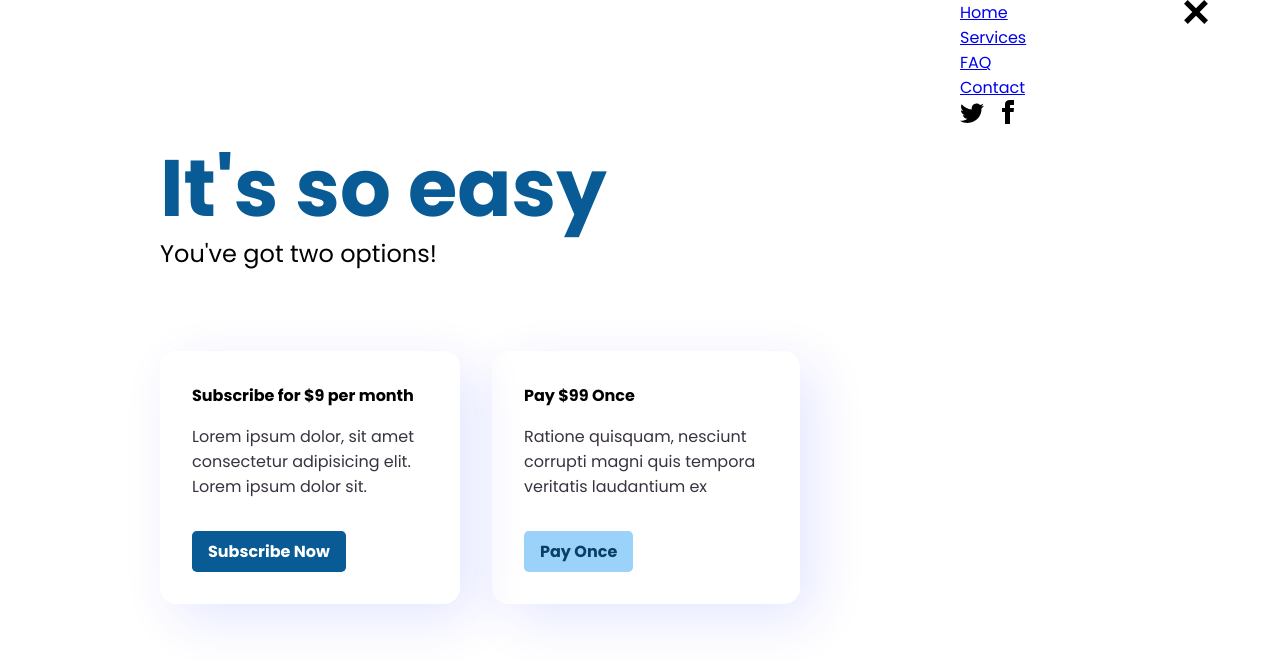
Repository: Hyperion72R/Animated-Navigation
Page: index.html
An editor plug-in stored every save of this project. The page is shown before and after the next save, followed by the edit.
The browser window is 1280 px wide. The pictures show the whole page.
The style sheet was rebuilt from its Sass, Less or Tailwind sources for each picture, by a compiler version that may differ from the author's.

Above is the page before, as saved 2021-08-29 01:18:57.

### index.html
<!DOCTYPE html>
<html lang="en">
  <head>
    <meta charset="UTF-8" />
    <meta http-equiv="X-UA-Compatible" content="IE=edge" />
    <meta name="viewport" content="width=device-width, initial-scale=1.0" />
    <title>Document</title>
    <link rel="stylesheet" href="css/main.css" />
  </head>
  <body>
    <header>
      <a href="#" class="logo">awesomeservice</a>

      <nav>
        <ul>
          <li><a href="#">Home</a></li>
          <li><a href="#">Services</a></li>
          <li><a href="#">FAQ</a></li>
          <li class="active"><a href="#">Become a member</a></li>
        </ul>
      </nav>
    </header>

    <section>
      <h1>Go Big or Go Home</h1>
    </section>

    <div class="overlay">
      <div class="left">
        <h2>It's so easy</h2>
        <p class="subhead">You've got two options!</p>

        <div class="cards">
          <div class="card">
            <strong>Subscribe for $9 per month</strong>
            <p>
              Lorem ipsum dolor, sit amet consectetur adipisicing elit. Lorem
              ipsum dolor sit.
            </p>
            <a href="#" class="cta">Subscribe Now</a>
          </div>

          <div class="card">
            <strong>Pay $99 Once</strong>
            <p>
              Ratione quisquam, nesciunt corrupti magni quis tempora veritatis
              laudantium ex
            </p>
            <a href="#" class="cta pay-once">Pay Once</a>
          </div>
        </div>
      </div>

      <div class="middle">
        <ul class="secondary">
          <li><a href="#">Home</a></li>
          <li><a href="#">Services</a></li>
          <li><a href="#">FAQ</a></li>
          <li><a href="#">Contact</a></li>
        </ul>

        <div class="social-nav">
          <a href="" class="twitter"
            ><svg
              xmlns="http://www.w3.org/2000/svg"
              width="32"
              height="32"
              viewBox="0 -1.15 32 32"
            >
              <path
                d="M24 4.557c-.883.392-1.832.656-2.828.775 1.017-.609 1.798-1.574 2.165-2.724-.951.564-2.005.974-3.127 1.195-.897-.957-2.178-1.555-3.594-1.555-3.179 0-5.515 2.966-4.797 6.045-4.091-.205-7.719-2.165-10.148-5.144-1.29 2.213-.669 5.108 1.523 6.574-.806-.026-1.566-.247-2.229-.616-.054 2.281 1.581 4.415 3.949 4.89-.693.188-1.452.232-2.224.084.626 1.956 2.444 3.379 4.6 3.419-2.07 1.623-4.678 2.348-7.29 2.04 2.179 1.397 4.768 2.212 7.548 2.212 9.142 0 14.307-7.721 13.995-14.646.962-.695 1.797-1.562 2.457-2.549z"
              /></svg
          ></a>
          <a href="" class="facebook"
            ><svg
              xmlns="http://www.w3.org/2000/svg"
              width="32"
              height="32"
              viewBox="0 0 32 32"
            >
              <path
                d="M9 8h-3v4h3v12h5v-12h3.642l.358-4h-4v-1.667c0-.955.192-1.333 1.115-1.333h2.885v-5h-3.808c-3.596 0-5.192 1.583-5.192 4.615v3.385z"
              /></svg
          ></a>
        </div>
      </div>

      <div class="right">
        <svg
          class="exit"
          xmlns="http://www.w3.org/2000/svg"
          width="58"
          height="58"
          viewBox="0 0 58 58"
        >
          <path
            d="M24 20.188l-8.315-8.209 8.2-8.282-3.697-3.697-8.212 8.318-8.31-8.203-3.666 3.666 8.321 8.24-8.206 8.313 3.666 3.666 8.237-8.318 8.285 8.203z"
          />
        </svg>
      </div>
    </div>
  </body>
</html>

### css/main.scss
@import url("https://fonts.googleapis.com/css2?family=Poppins:ital,wght@0,400;0,500;0,600;0,700;0,800;0,900;1,400;1,500;1,600;1,700;1,800;1,900&display=swap");

*,
*:before,
*::after {
  box-sizing: border-box;
}

body::after {
  content: "";
  display: block;
  width: 100%;
  //   height: 108%;
  height: 100%;
  //   background-color: rgba(51, 51, 51, 0.5);
  background: rgba(38, 73, 91, 0.8);

  position: absolute;
  top: 0;
  left: 0;
  right: 0;
  bottom: 0;
  z-index: -10;
}

body {
  height: 100vh;
  //   background: #8000ff url("../assets/images/bg.jpg");
  //   background: linear-gradient(rgba(4, 230, 168, 0.8), rgba(44, 189, 230, 0.8)),
  //     url("../assets/images/bg.jpg");
  background: url("../assets/images/bg.jpg");
  //   object-fit: scale-down;
  background-size: cover;
  color: white;
  font-family: "Poppins";
  margin: 0;
  //   background-position: center;
  //   padding: 0;
  //   overflow: hidden;
  background-repeat: no-repeat;
}

ul {
  list-style-type: none;
  margin: 0;
  padding: 0;
}

section,
header {
  width: 70%;
  margin: 0 auto;
}

// .social-nav,
// .right {
//   display: none;
// }

header {
  display: flex;
  justify-content: space-between;
  align-items: center;

  a {
    color: white;
    text-decoration: none;
    padding: 2em;
  }

  a.logo {
    font-weight: bold;
    font-size: 1.25rem;
    padding: 0;
  }

  nav ul {
    display: flex;

    a {
      padding: 2.5em 1.5em;
      display: block;
    }

    li.active a {
      font-weight: bold;
      background: white;
      color: black;
      margin-left: 2em;
      padding: 2.5em;
    }
  }
}

h1 {
  font-size: 4rem;
  width: 40%;
  line-height: 5rem;
  // margin-left: 1.2em;
  margin-left: 2em;
  margin-top: 2.8em;
  // margin-top: 1.4em;
}

//  Overlay

.overlay {
  position: fixed;
  height: 100vh;
  background: white;
  top: 0;
  left: 0;
  width: 100%;
  display: grid;
  grid-template-columns: 75% auto 6em;
}

.left,
.right,
.middle {
  height: 100vh;
}

h2 {
  color: #085b95;
  font-size: 5rem;
  margin: 0;
}

.left {
  padding: 8em 10em;

  p.subhead {
    color: black;
    font-size: 1.5rem;
    margin-top: -0.5em;
  }
}

.cards {
  display: flex;
  margin-top: 5em;

  .card {
    padding: 2em;
    box-shadow: 15px 15px 53px rgba(0, 38, 255, 0.11);
    border-radius: 1em;
    // margin-right: 2em;

    strong {
      color: black;
    }

    p {
      color: #393241;
    }

    &:nth-of-type(2) {
      margin-left: 2em;
    }

    .cta {
      padding: 0.5em 1em;
      border-radius: 0.3em;
      text-decoration: none;
      background: #085b95;
      margin-top: 1em;
      display: inline-block;
      color: white;
      font-weight: bold;
    }

    .pay-once {
      background: scale-color(#085b95, $lightness: 70%);
      color: scale-color(#085b95, $lightness: -30%);
    }
  }
}

After the next save:
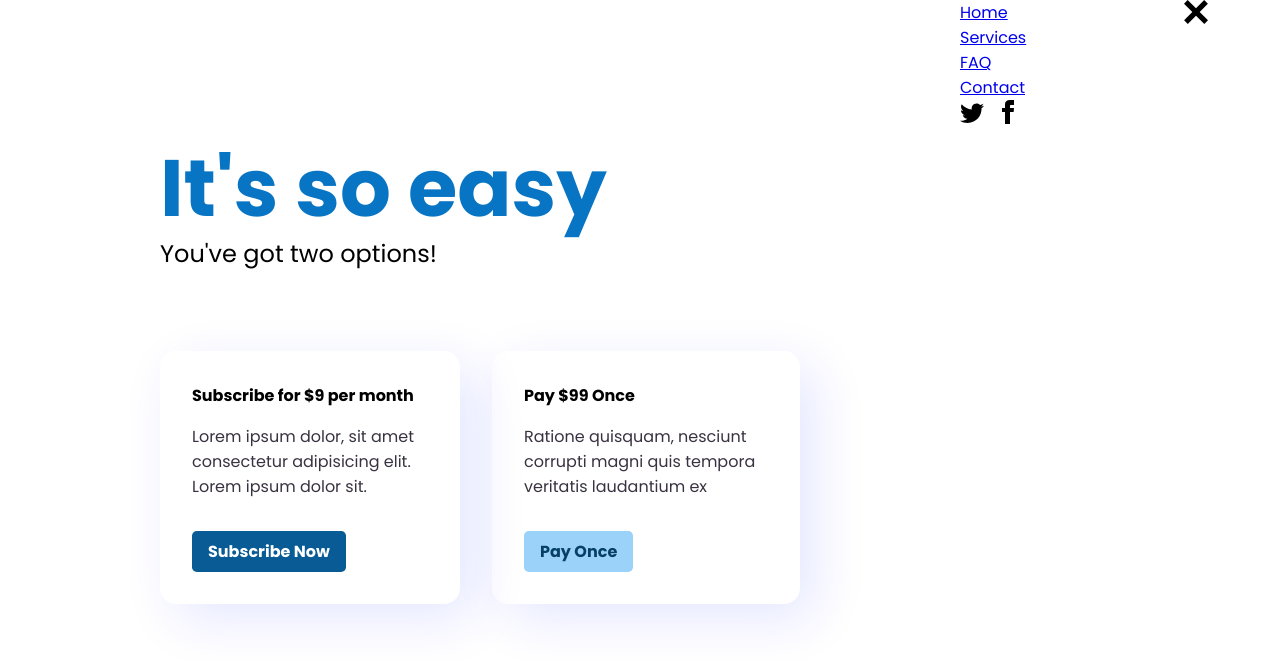
Saved 4 days later.
--- a/css/main.scss
+++ b/css/main.scss
@@ -122,7 +122,7 @@
 }
 
 h2 {
-  color: #085b95;
+  color: #0875c4;
   font-size: 5rem;
   margin: 0;
 }

After the save that followed:
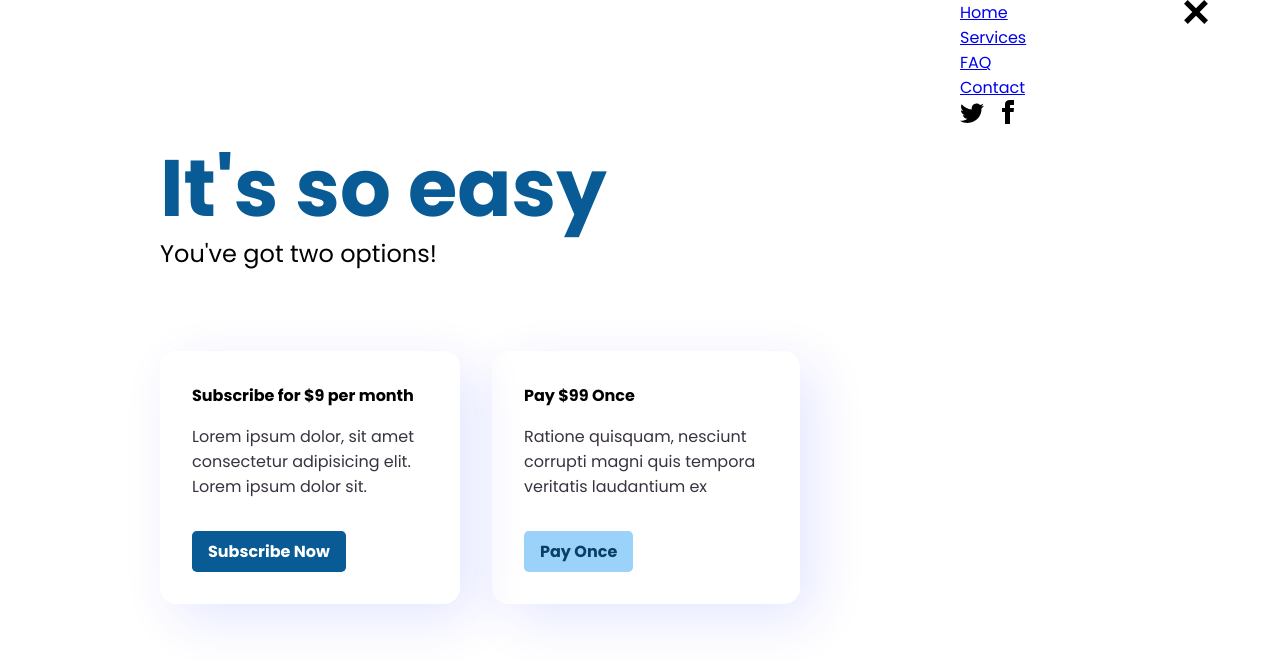
Saved 10 s later.
--- a/css/main.scss
+++ b/css/main.scss
@@ -122,7 +122,7 @@
 }
 
 h2 {
-  color: #0875c4;
+  color: #085b95;
   font-size: 5rem;
   margin: 0;
 }
